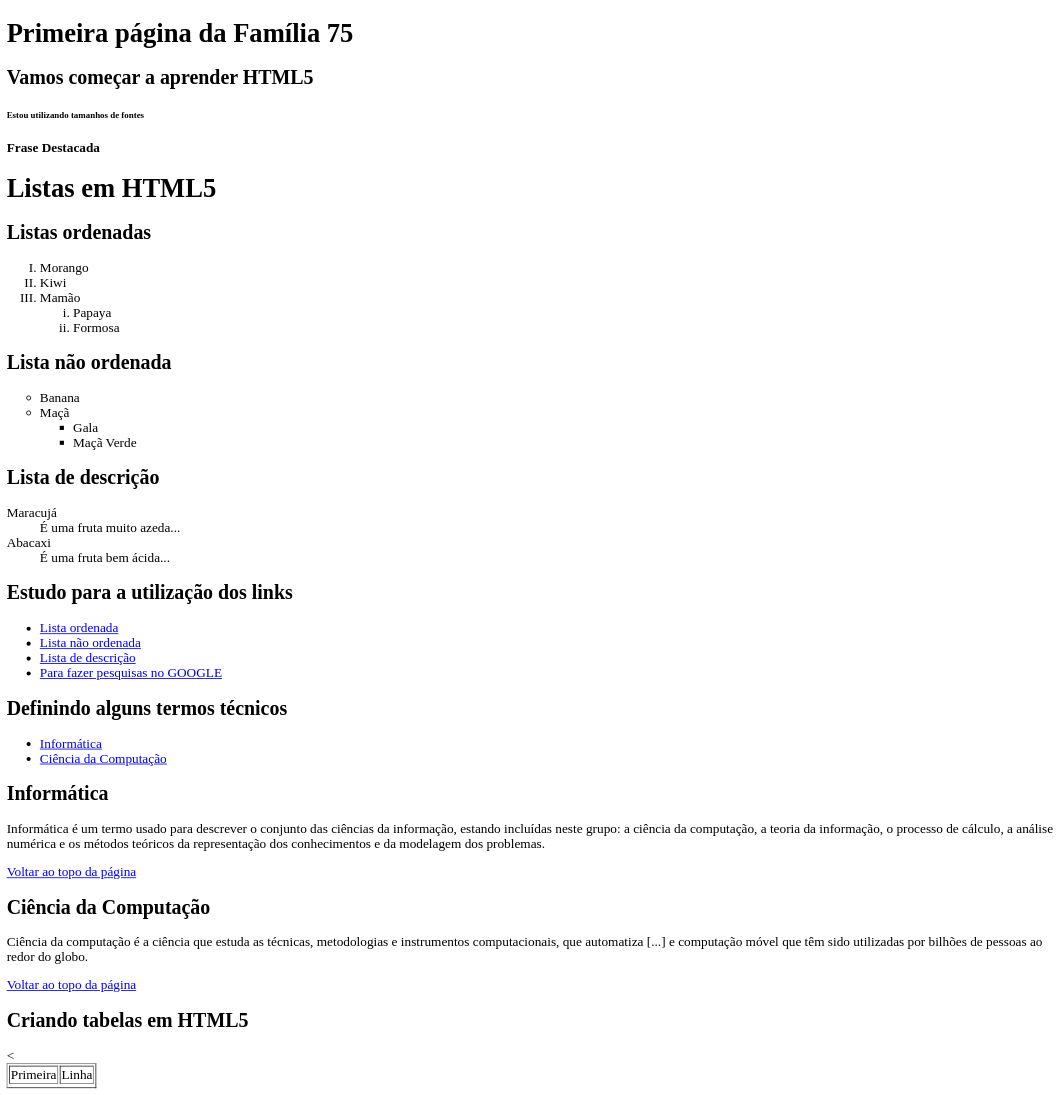
Repository: Thichi99/BootcampGen75
Page: Familia75/index.html
These files come from the project's save history. The page is drawn as it stood at one moment and after a run of saves; the edit follows.
The browser window is 1280 px wide. The pictures show the whole page, at 83% of full size.

Above is the page before, as saved 2024-07-26 11:38:27.

### Familia75/index.html
<!DOCTYPE html> <!--Estou indicando que é um documento do tipo HTML-->
<html lang="pt-br">
<head>
    <meta charset="UTF-8">
    <meta name="viewport" content="width=device-width, initial-scale=1.0">
    <meta name="author" content="Luís Guerreiro">
    <meta name="description" content="Minha primeira pagina Web -- Olá Mundo!!!">
    <meta name="keywords" content="Pobreza,erradicação,familia">
    <title>Família 75</title>
</head>
<body>
   <h1>Primeira página da Família 75</h1>
   <h2>Vamos começar a aprender HTML5</h2>
   <h6>Estou utilizando tamanhos de fontes</h6>
   <strong>Frase Destacada</strong>
   <h1>Listas em HTML5</h1>
   <h2>Listas ordenadas</h2>
   <ol type="I">
        <li>Morango</li>
        <li>Kiwi</li>
        <li>Mamão
            <ol type="i">
                <li>Papaya</li>
                <li>Formosa</li>
            </ol>
        </li>
   </ol>
   <h2>Lista não ordenada</h2>
   <ul type="circle">
        <li>Banana</li>
        <li>Maçã
            <ul type="square">
                <li>Gala</li>
                <li>Maçã Verde</li>
            </ul>
        </li>
   </ul>
   <h2>Lista de descrição</h2>
   <dl>
        <dt>Maracujá</dt>
        <dd>É uma fruta muito azeda...</dd>
        <dt>Abacaxi</dt>
        <dd>É uma fruta bem ácida...</dd>
   </dl>

   <h2>Estudo para a utilização dos links</h2>
   <ul>
    <li><a href=".\ordenada.html">Lista ordenada</a></li>
    <li><a href=".\naoOrdenada.html">Lista não ordenada</a></li>
    <li><a href=".\listadescricao.html">Lista de descrição</a></li>
    <li><a href="http://google.com" target="_blank">Para fazer pesquisas no GOOGLE</a></li>

   </ul>

   <h2>Definindo alguns termos técnicos</h2>
   <ul>
    <li><a href="#Info1">Informática</a></li>
    <li><a href="#Computação">Ciência da Computação</a></li>
   </ul>
   <a name="Info1" title="Descrição de informática">
    <h2>Informática</h2>
   </a>
   <p>
    Informática é um termo usado para descrever o conjunto das ciências da informação,
estando incluídas neste grupo: a ciência da computação, a teoria da informação, o
processo de cálculo, a análise numérica e os métodos teóricos da representação dos
conhecimentos e da modelagem dos problemas.
   </p>
   <p><a href="#">Voltar ao topo da página</a></p>

   <a name="Computação" title="Ciência da Computação">
    <h2>Ciência da Computação</h2>
   </a>
   <p>
    Ciência da computação é a ciência que estuda as técnicas, metodologias e instrumentos
computacionais, que automatiza [...] e computação móvel que têm sido utilizadas por bilhões de
pessoas ao redor do globo.
   </p>
   <p><a href="#">Voltar ao topo da página</a></p>

   <h2>Criando tabelas em HTML5</h2>
   <table border="1" cellpading="10">
    <tr>
        <td>Primeira</td>
        <td>Linha</td>
    </tr>
    <tr>
        <
    </tr>
   </table>
</body>
</html>

After the next 2 saves:
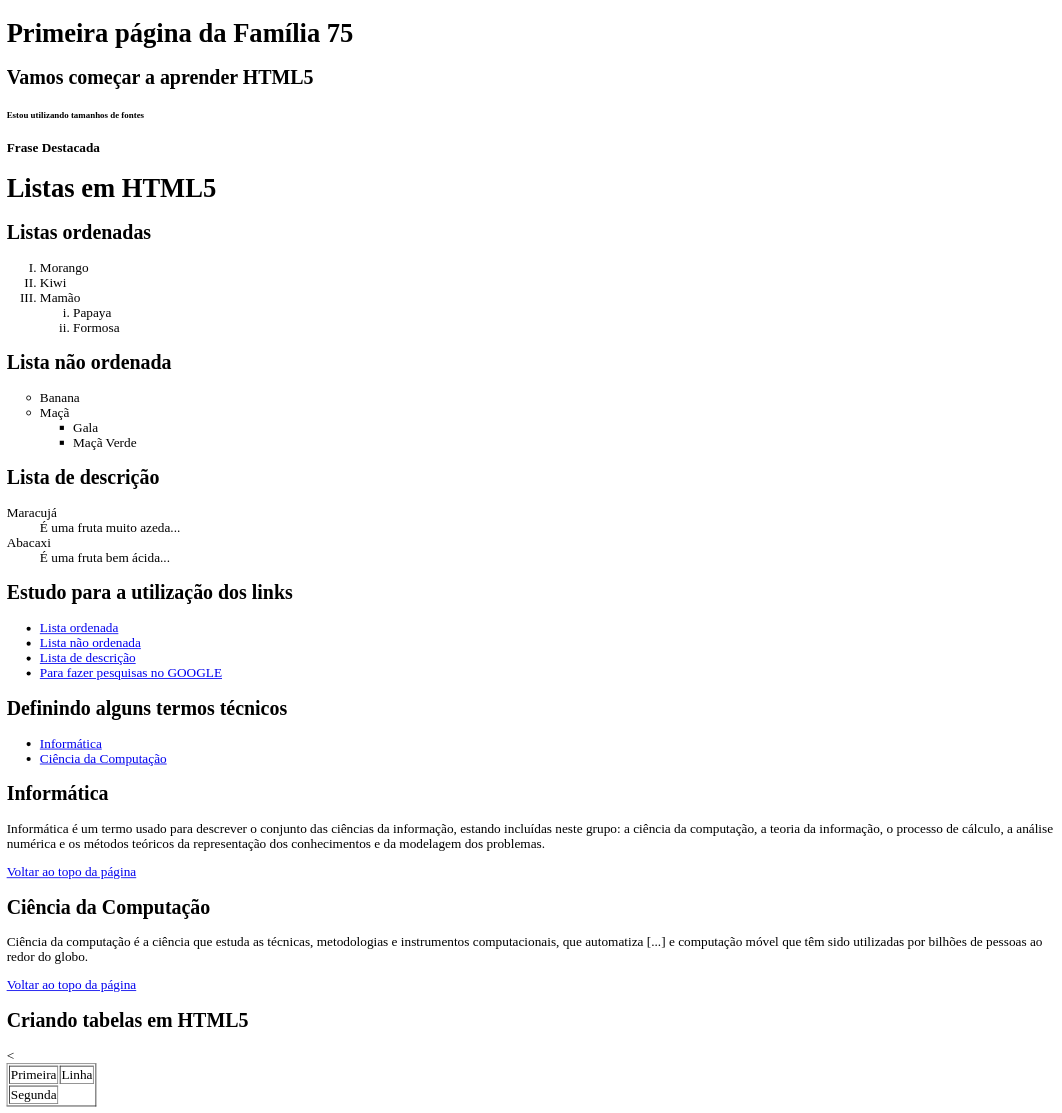
The 2 saves are shown as one change because they came seconds apart.
The last was saved 6 s later.
--- a/Familia75/index.html
+++ b/Familia75/index.html
@@ -85,6 +85,7 @@ pessoas ao redor do globo.
         <td>Linha</td>
     </tr>
     <tr>
+        <td>Segunda</td>
         <
     </tr>
    </table>
